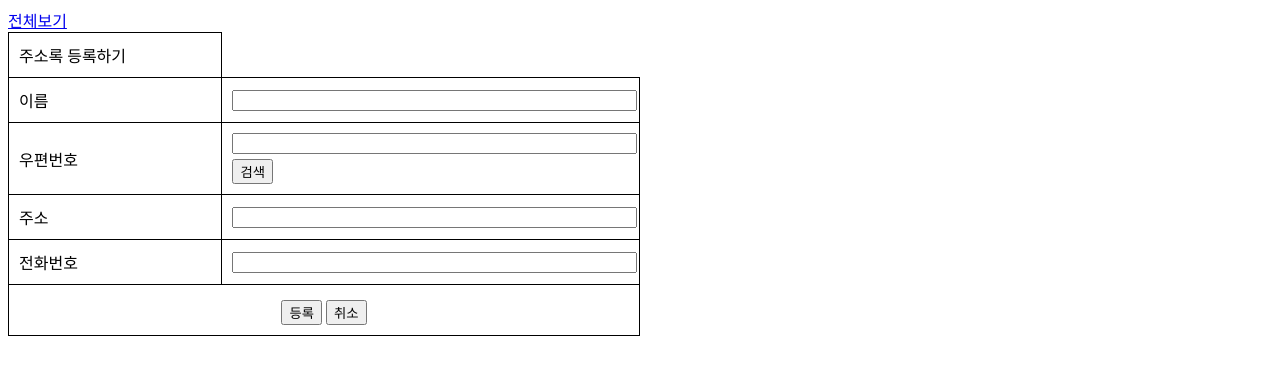
Repository: yubeens/JSP
Page: http://localhost/JSP_Project/jQueryAddress/insert.jsp
An editor plug-in stored every save of this project. The page is shown before and after the next save, followed by the edit.
The browser window is 1280 px wide. The pictures show the whole page.
The page is served by Tomcat 9.

Above is the page before, as saved 2025-02-28 01:11:25.

After the next save:
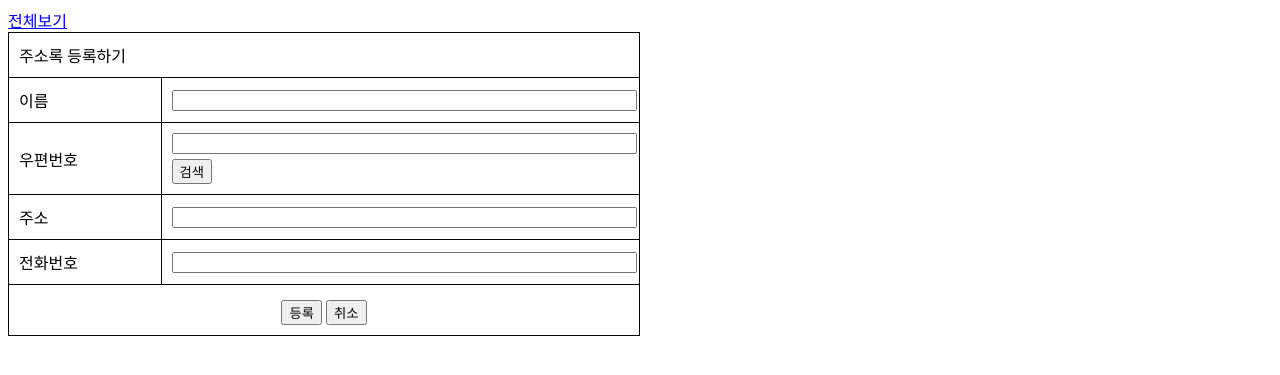
Saved 111 s later.
--- a/JSP_Project/src/main/webapp/jQueryAddress/insert.jsp
+++ b/JSP_Project/src/main/webapp/jQueryAddress/insert.jsp
@@ -22,13 +22,12 @@
         }
     </style>
 </head>
-
 <body>
 <a href=#>전체보기</a>
 <form action="insert_process.jsp" method="post">
         <table>
         	<tr>
-        		<td>주소록 등록하기</td>
+        		<td colspan="2">주소록 등록하기</td>
             <tr>
                 <td>이름</td>
                 <td><input type="text" name="name"></td>
